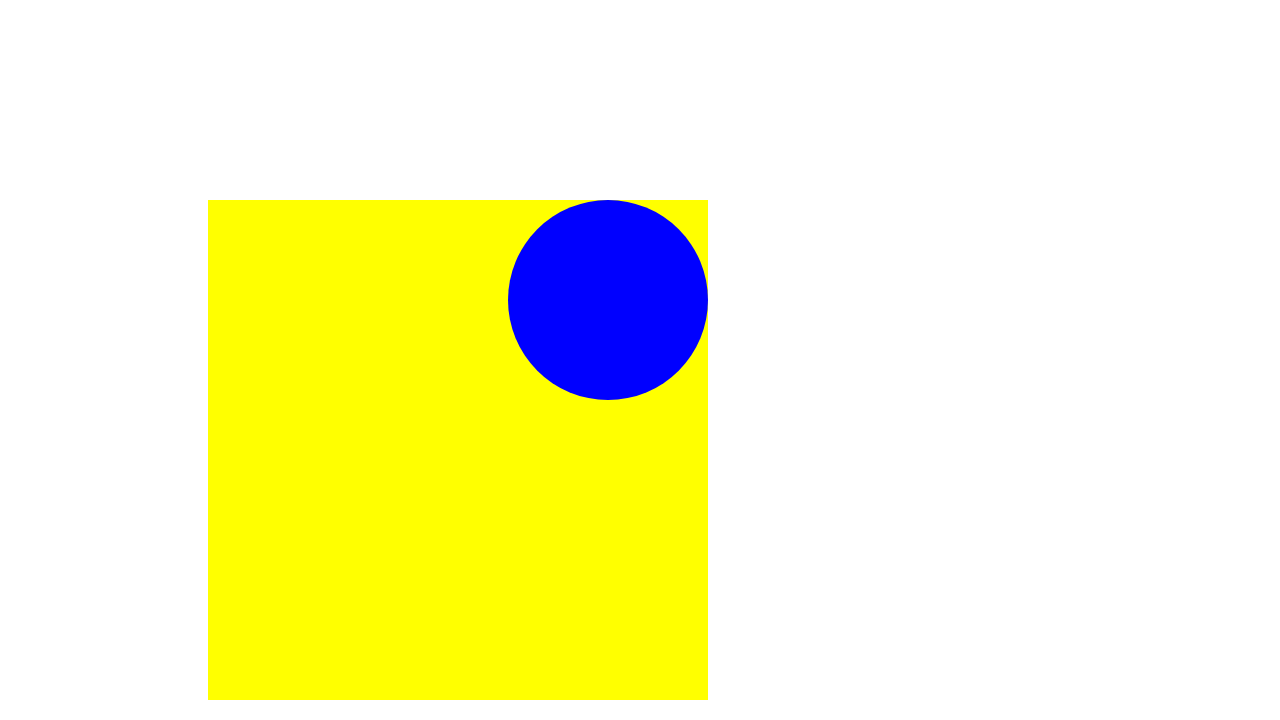
Repository: MMXiaohang/frontend-interview-coding
Page: 56.扇形.html
These files come from the project's save history. The page is drawn as it stood at one moment and after the next save; the edit follows.
The browser window is 1280 px wide. The pictures show the whole page.

Above is the page before, as saved 2022-08-12 00:01:32.

After the next save:
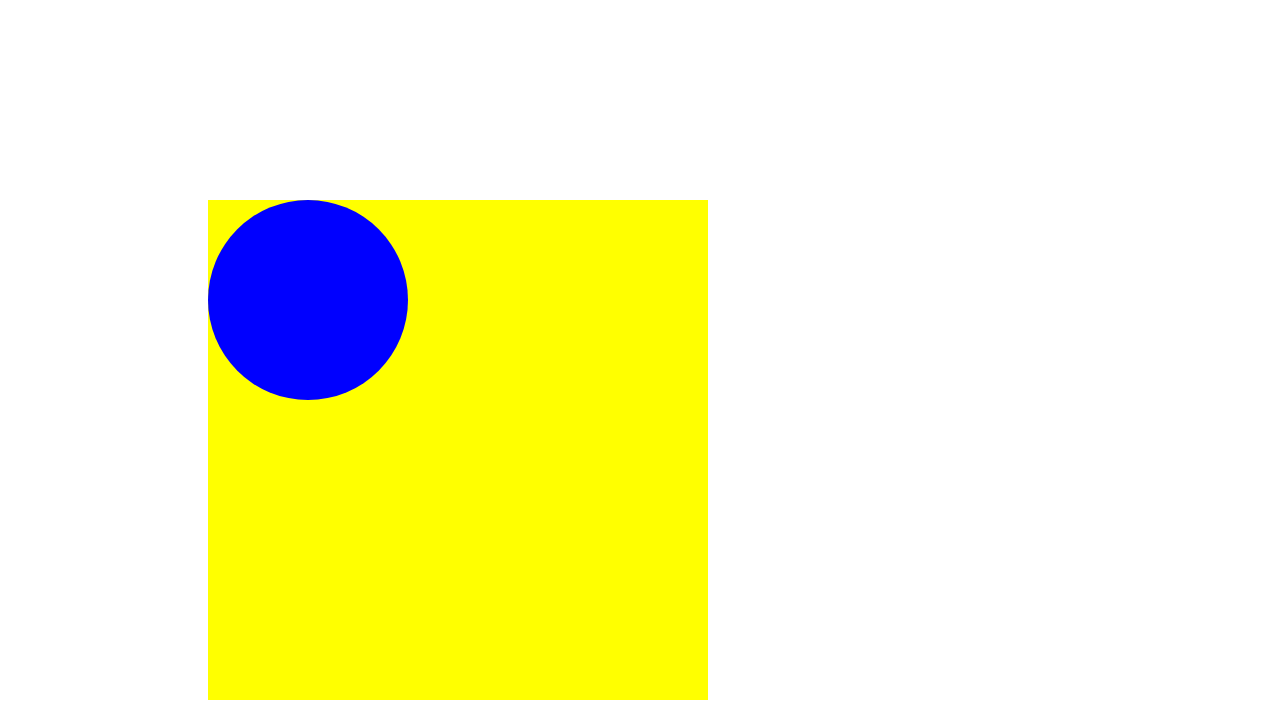
Saved 18 s later.
--- a/56.扇形.html
+++ b/56.扇形.html
@@ -18,7 +18,7 @@
 
         #circle{
             position: absolute;
-            right: 0;
+            left: 0;
             top: 0;
             width: 200px;
             height: 200px;
